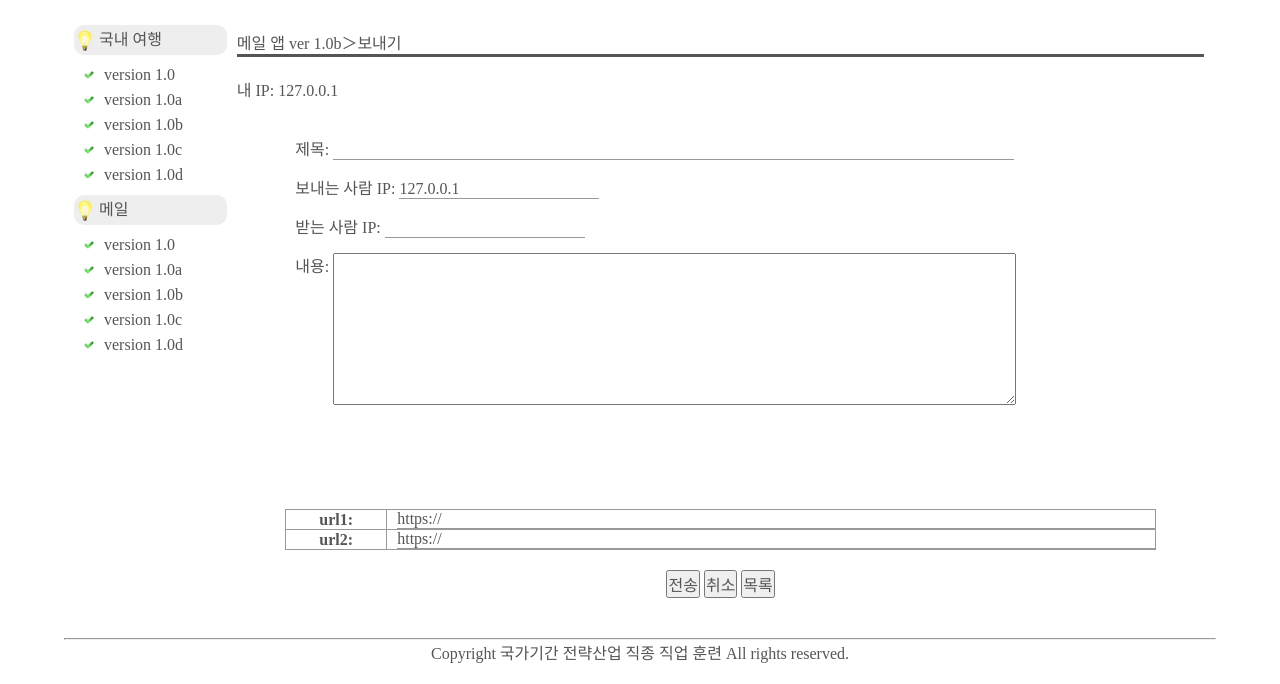
Repository: jangky000/ai_web
Page: http://localhost/blog_v2jc/mail_app1d/create_form.jsp
The author's editor kept a copy of each file at every save. The page is drawn from the files as they stood at one save, then again after the next save.
The browser window is 1280 px wide. The pictures show the part of the page from y = 210 to 914 px (the page is 894 px tall before and 914 px after).
The page is served by Tomcat 9.

Above is the page before, as saved 2020-04-03 02:26:15.

After the next save:
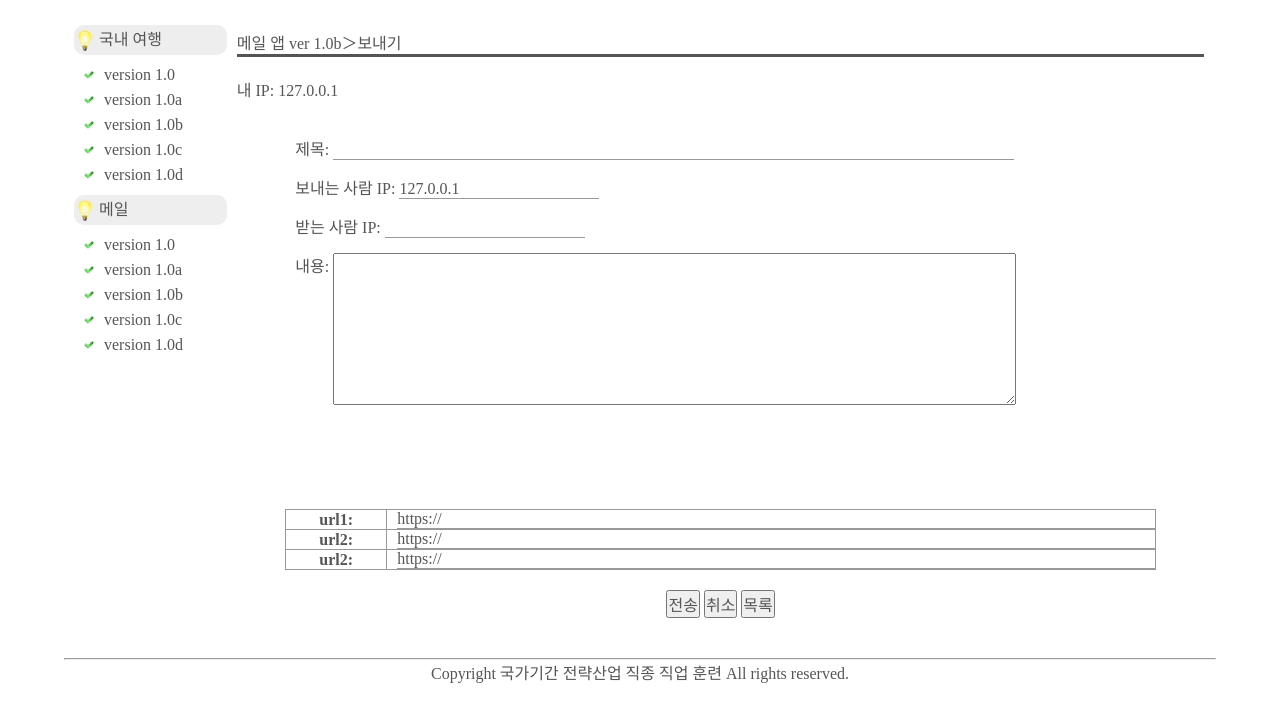
Saved 25 min 14 s later.
--- a/ws__frame/blog_v2jc/WebContent/mail_app1d/create_form.jsp
+++ b/ws__frame/blog_v2jc/WebContent/mail_app1d/create_form.jsp
@@ -62,6 +62,12 @@ String root = request.getContextPath();
             <input class="input_basic" type="text" name="url2" style="width: 100%;" value="https://">
           </td>
         </tr>
+        <tr>
+          <th style="width: 100px; border: solid 1px #999999;">url2:</th>
+          <td style="padding-left: 10px; border: solid 1px #999999;">
+            <input class="input_basic" type="text" name="url2" style="width: 100%;" value="https://">
+          </td>
+        </tr>
       </table>
 
       <div class ="bottom_menu">
